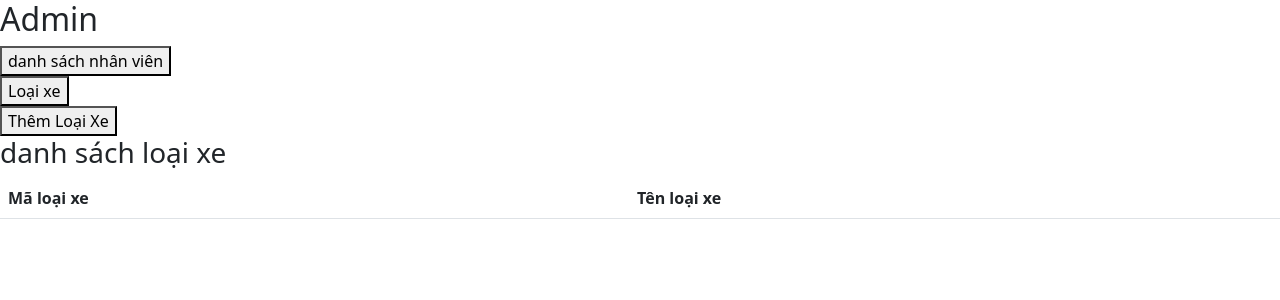
Repository: QuanghuyK1/CNPM
Page: http://localhost/CNPM/WEB-INF/views/LoaiXe/danhsach.jsp
An editor plug-in stored every save of this project. The page is shown before and after the next save, followed by the edit.
The browser window is 1280 px wide. The pictures show the whole page.
The page is served by Tomcat 9. Nobody is signed in. Other server files are loaded and not shown. The template is opened directly, without the code that normally fills it, so the values that code supplies are empty.

Above is the page before, as saved 2022-04-23 09:57:37.

### CNPM-main/WebXeKhach/CNPM/src/main/webapp/WEB-INF/views/LoaiXe/danhsach.jsp
<%@ page language="java" contentType="text/html; charset=utf-8"
    pageEncoding="utf-8"%>
<%@ taglib uri="http://java.sun.com/jsp/jstl/core" prefix="c"%>
<!DOCTYPE html>
<html>
<head>
<meta charset="utf-8">
<title>Insert title here</title>
<link
	href="https://cdn.jsdelivr.net/npm/bootstrap@5.1.3/dist/css/bootstrap.min.css"
	rel="stylesheet"
	integrity="sha384-1BmE4kWBq78iYhFldvKuhfTAU6auU8tT94WrHftjDbrCEXSU1oBoqyl2QvZ6jIW3"
	crossorigin="anonymous">
</head>
<body>
	<h2>Admin</h2>
	<form action = "back.htm"><button>danh sách nhân viên</button></form>
	<form action = "back1.htm"><button>Loại xe</button></form>
	<form action = "loaixe.htm"><button name = "Insert">Thêm Loại Xe</button></form>
	<h3>danh sách loại xe</h3>
	<table class="table">
	<thead>
			<tr>
				<th scope="col">Mã loại xe</th>
				<th scope="col">Tên loại xe</th>
			</tr>
		</thead>
		<tbody>
			<c:forEach items="${list}" var="i">
				<c:if test="${i.trangthai == true }">
					<tr>
						<th><a href="loaixe/${i.maLX}.htm">${i.maLX }</a></th>
						<th>${i.tenLX}</th>
					</tr>
				</c:if>
			</c:forEach>
		</tbody>
	</table>
</body>
</html>

After the next save:
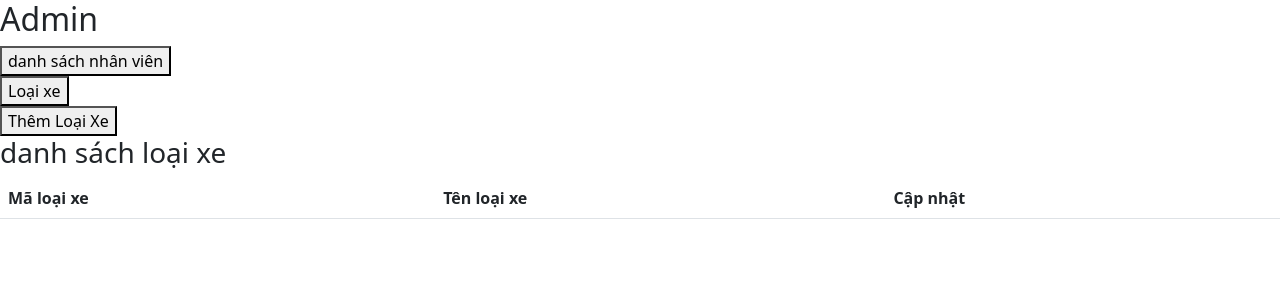
Saved 58 s later.
--- a/CNPM-main/WebXeKhach/CNPM/src/main/webapp/WEB-INF/views/LoaiXe/danhsach.jsp
+++ b/CNPM-main/WebXeKhach/CNPM/src/main/webapp/WEB-INF/views/LoaiXe/danhsach.jsp
@@ -23,6 +23,7 @@
 			<tr>
 				<th scope="col">Mã loại xe</th>
 				<th scope="col">Tên loại xe</th>
+				<th scope="col">Cập nhật</th>
 			</tr>
 		</thead>
 		<tbody>
